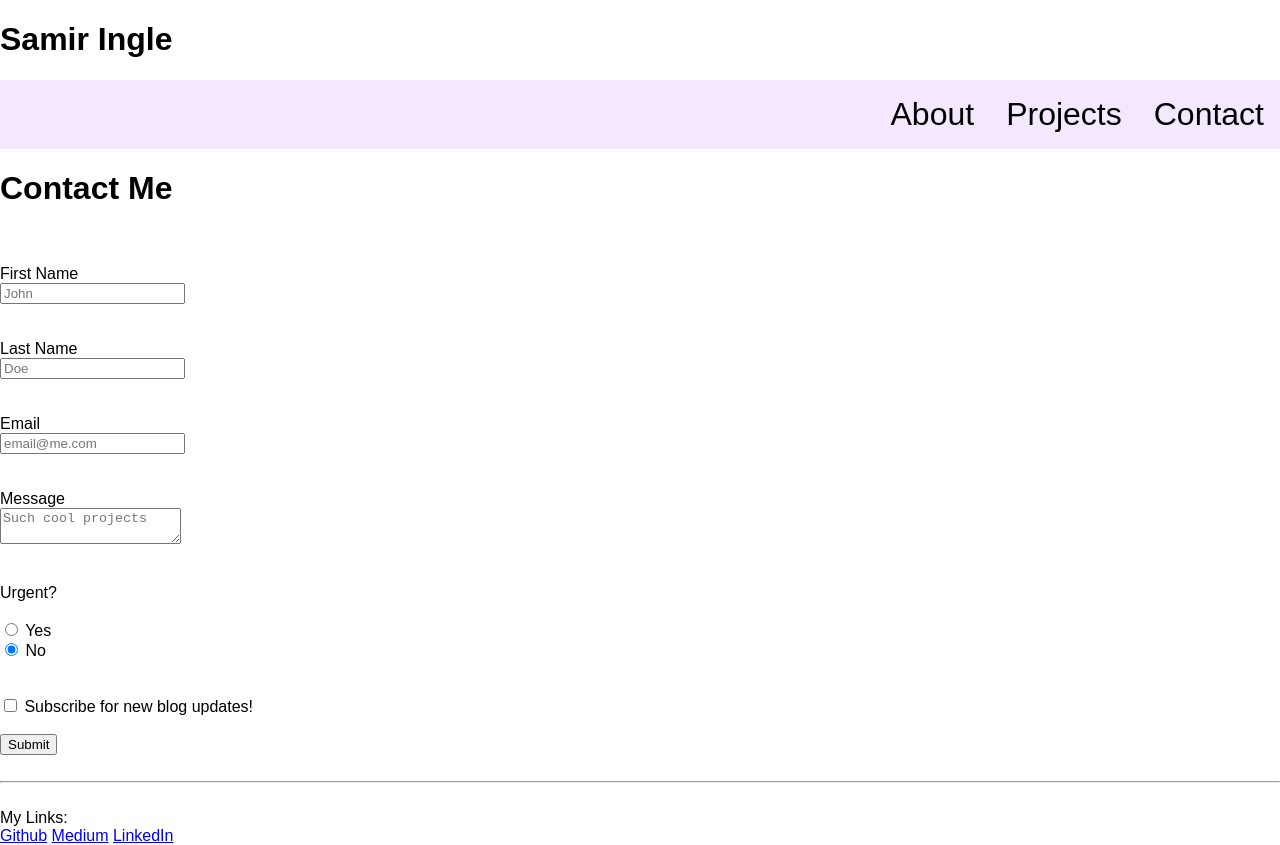
Repository: SamirIngley/html-semantic
Page: contact.html
The author's editor kept a copy of each file at every save. The page is drawn from the files as they stood at one save, then again after the next save.
The browser window is 1280 px wide. The pictures show the whole page.

Above is the page before, as saved 2020-01-28 16:49:58.

After the next save:
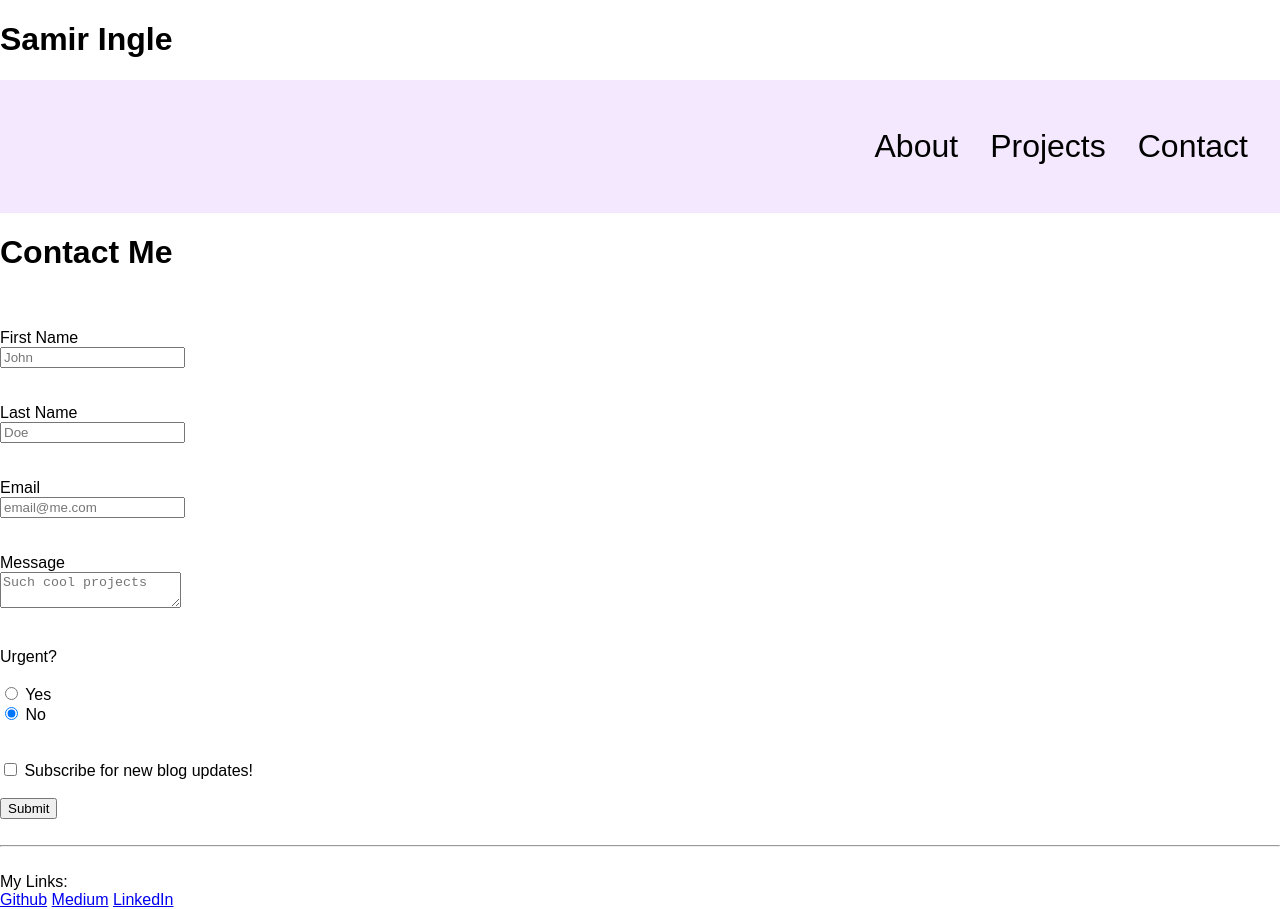
Saved 17 s later.
--- a/styles.css
+++ b/styles.css
@@ -38,7 +38,9 @@ nav > ul > li {
     padding: 1em;
 }
 
-
+nav {
+    padding: 1em;
+}
 
 
 <style>

After the save that followed:
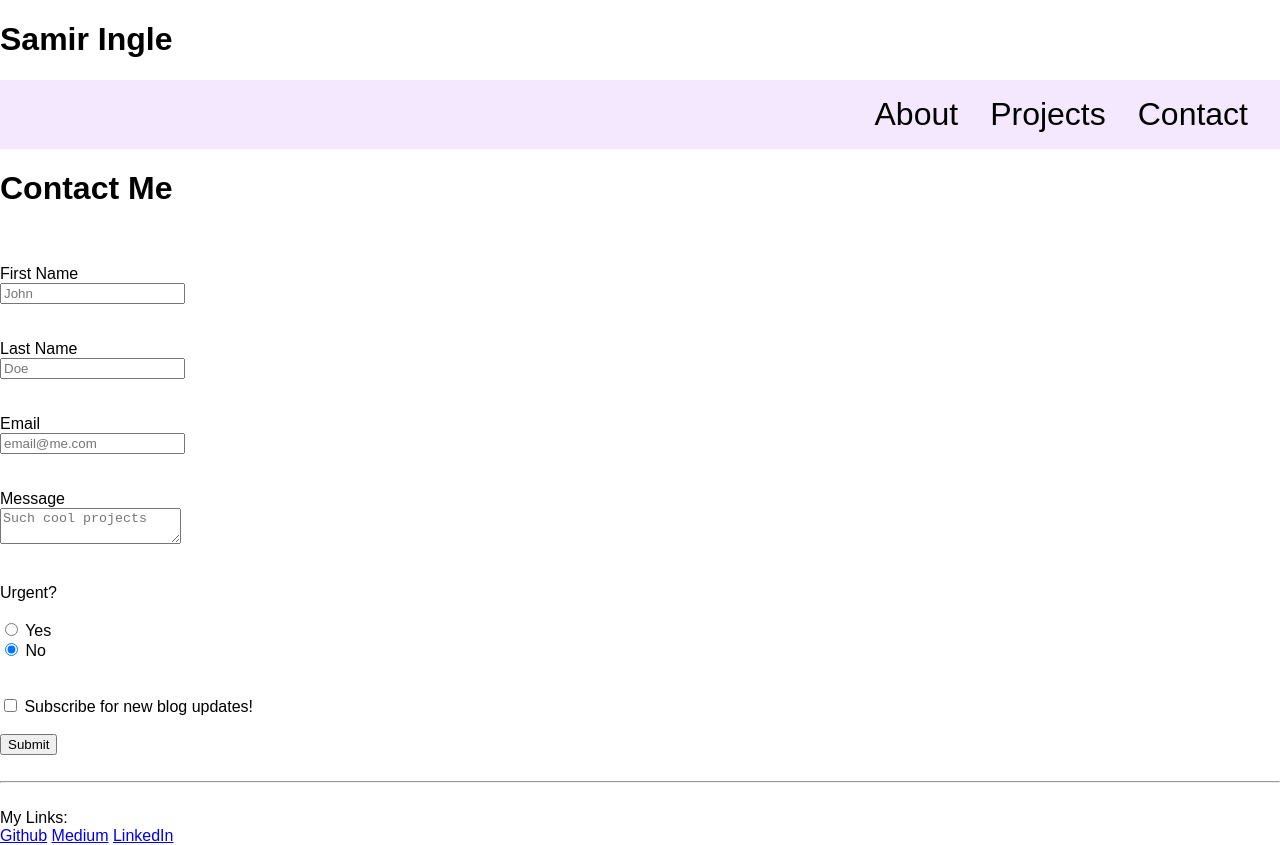
Saved 9 s later.
--- a/styles.css
+++ b/styles.css
@@ -39,7 +39,7 @@ nav > ul > li {
 }
 
 nav {
-    padding: 1em;
+    padding: 0 1em;
 }
 
 
